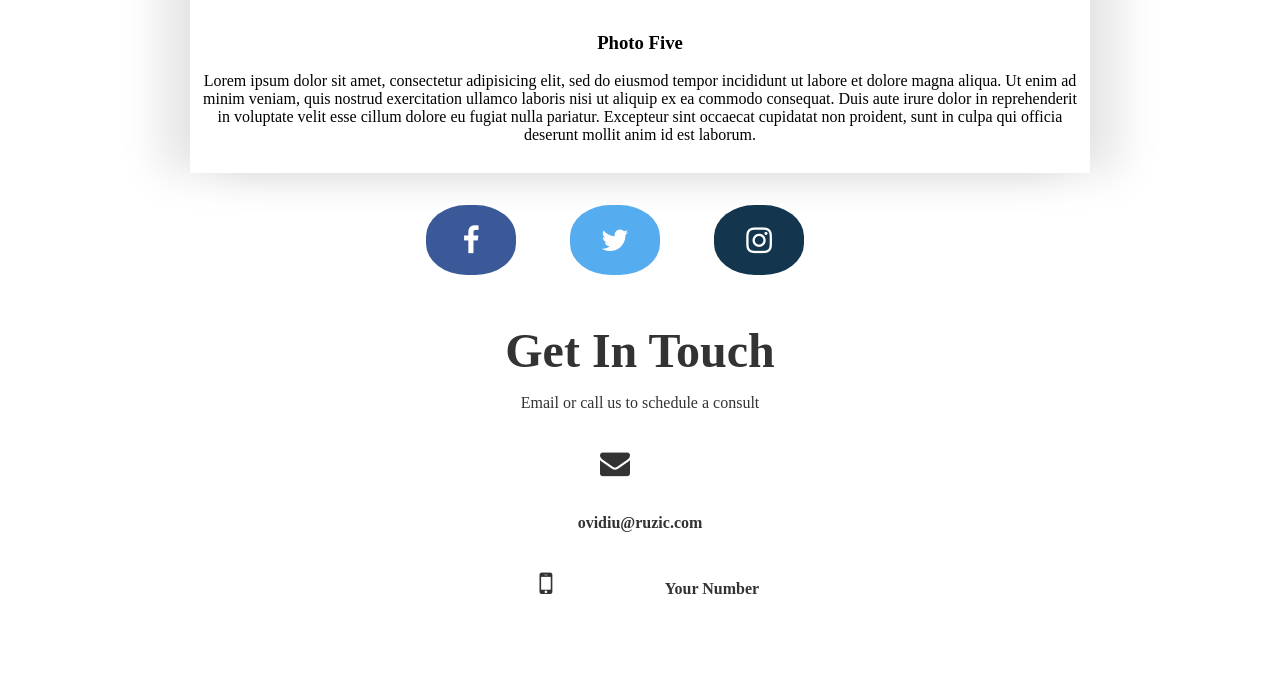
Repository: konstantin0s/mobile-photography
Page: index.html
An editor plug-in stored every save of this project. The page is shown before and after the next save, followed by the edit.
The browser window is 1280 px wide. The pictures show the part of the page from y = 4062 to 4770 px (the page is 4736 px tall before and 4770 px after).

Above is the page before, as saved 2019-05-11 15:01:54.

### index.html
<!DOCTYPE html>
<html lang="en" dir="ltr">
  <head>
    <meta charset="utf-8">
    <meta name="viewport" content="width=device-width, initial-scale=1.0">
    <meta http-equiv="X-UA-Compatible" content="ie=edge">
    <link rel="stylesheet" href="https://cdnjs.cloudflare.com/ajax/libs/font-awesome/4.7.0/css/font-awesome.min.css">
    <link rel="stylesheet" href="css/style.css">

    <title>Mobile Photography</title>
  </head>
  <body>
<main>
  <div id="landing" class="">
    <div id="landing-text" class="">
      <div id="landing-text-inner" class="">
       <img id="logo" src="img/logos.png" />
       <h1>Photography</h1>
        <a href="#images" class="btn" id="view-work">
          View Work
        </a>
      </div>
    </div>
    <div id="landing-image" class="">

    </div>
  </div>

  <div id="images" class="">
<div id="header">
  <h2>Our Work</h2>
</div>
<img src="https://source.unsplash.com/1600x900/?nature,water" alt="">
<div class="caption">
  <h3>Photo One</h3>
  <p>
    Lorem ipsum dolor sit amet, consectetur adipisicing elit, sed do eiusmod tempor incididunt ut labore et dolore magna aliqua. Ut enim ad minim veniam, quis nostrud exercitation ullamco laboris nisi ut aliquip ex ea commodo consequat. Duis aute irure dolor in reprehenderit in voluptate velit esse cillum dolore eu fugiat nulla pariatur. Excepteur sint occaecat cupidatat non proident, sunt in culpa qui officia deserunt mollit anim id est laborum.

  </p>
</div>

<img src="https://source.unsplash.com/1600x900/?nature,clouds" alt="">
<div class="caption">
  <h3>Photo Two</h3>
  <p>
    Lorem ipsum dolor sit amet, consectetur adipisicing elit, sed do eiusmod tempor incididunt ut labore et dolore magna aliqua. Ut enim ad minim veniam, quis nostrud exercitation ullamco laboris nisi ut aliquip ex ea commodo consequat. Duis aute irure dolor in reprehenderit in voluptate velit esse cillum dolore eu fugiat nulla pariatur. Excepteur sint occaecat cupidatat non proident, sunt in culpa qui officia deserunt mollit anim id est laborum.

  </p>
</div>

<img src="https://source.unsplash.com/1600x900/?nature,animals" alt="">
<div class="caption">
  <h3>Photo Three</h3>
  <p>
    Lorem ipsum dolor sit amet, consectetur adipisicing elit, sed do eiusmod tempor incididunt ut labore et dolore magna aliqua. Ut enim ad minim veniam, quis nostrud exercitation ullamco laboris nisi ut aliquip ex ea commodo consequat. Duis aute irure dolor in reprehenderit in voluptate velit esse cillum dolore eu fugiat nulla pariatur. Excepteur sint occaecat cupidatat non proident, sunt in culpa qui officia deserunt mollit anim id est laborum.

  </p>
</div>

<img src="https://source.unsplash.com/1600x900/?nature,trees" alt="">
<div class="caption">
  <h3>Photo Four/h3>
  <p>
    Lorem ipsum dolor sit amet, consectetur adipisicing elit, sed do eiusmod tempor incididunt ut labore et dolore magna aliqua. Ut enim ad minim veniam, quis nostrud exercitation ullamco laboris nisi ut aliquip ex ea commodo consequat. Duis aute irure dolor in reprehenderit in voluptate velit esse cillum dolore eu fugiat nulla pariatur. Excepteur sint occaecat cupidatat non proident, sunt in culpa qui officia deserunt mollit anim id est laborum.

  </p>
</div>

<img src="https://source.unsplash.com/1600x900/?nature,flowers" alt="">
<div class="caption">
  <h3>Photo Five</h3>
  <p>
    Lorem ipsum dolor sit amet, consectetur adipisicing elit, sed do eiusmod tempor incididunt ut labore et dolore magna aliqua. Ut enim ad minim veniam, quis nostrud exercitation ullamco laboris nisi ut aliquip ex ea commodo consequat. Duis aute irure dolor in reprehenderit in voluptate velit esse cillum dolore eu fugiat nulla pariatur. Excepteur sint occaecat cupidatat non proident, sunt in culpa qui officia deserunt mollit anim id est laborum.

  </p>
</div>

  </div>

</main>

<footer>
    <a href="#" class="fa fa-facebook"></a>
    <a href="#" class="fa fa-twitter"></a>
    <a href="#" class="fa fa-instagram"></a>

  <h3>Get In Touch</h3>
  <p>Email or call us to schedule a consult</p>
  <i class="fa fa-envelope fa-5x" aria-hidden="true"></i><p><strong>ovidiu@ruzic.com</strong>
  </p>
  <p><i class="fa fa-mobile fa-5x" aria-hidden="true"></i> <strong>Your Number</strong></p>
</footer>
<script
src="https://code.jquery.com/jquery-3.3.1.min.js"
integrity="sha256-FgpCb/KJQlLNfOu91ta32o/NMZxltwRo8QtmkMRdAu8="
crossorigin="anonymous"></script>
<script type="text/javascript" src="js/main.js">

</script>
  </body>
</html>

### css/style.css
import url('https://fonts.googleapis.com/css?family=Open+Sans');

body {
  font-family: 'Open Sans', sans-serif;
  margin: 0;
  background-color: #eee;
  height: auto;
}

h1{
  font-weight: 400;
  font-size: 2.5rem;
  text-transform: uppercase;
  margin: 0;
  border-bottom: 1px solid black;
  top: -90px;
  position: relative;
}

h2 {
  font-weight: 400;
  font-size: 1.2rem;
  text-transform: capitalize;
  margin: 0;
}

img {
  display: block;
  width: 100%;
}

#logo {
  top: -80px;
  position: relative;
}

main {
  max-width: 900px;
  margin: auto;
  box-shadow: 30px 0px 40px rgba(0,0,0,0.1), -30px 0px 40px rgba(0,0,0,0.1);
}

#landing {
  background: #fff;
  }

#landing-text {
display: flex;
flex: 0 1 40vw;
height: 50vh;
justify-content: center;
align-items: center;
text-align: center;
padding-right: 1rem;
padding-left: 1rem;
}

#landing-text h2 {
  color: #888;
}
.btn {
  padding: 0.5rem 2rem;
  border: 1px #ccc solid;
  display: inline-block;
  margin: 2rem 0 0;
  border-radius: 50px;
  text-decoration: none;
  color: #333;
  transition: background 500ms ease;
}

#landing-image {
  background: url(https://source.unsplash.com/De8wMYoSSBc);
  background-position: center;
  background-size: cover;
  background-repeat: no-repeat;
  height: 50vh;
  flex: 0 1 60vw;
  margin: 0;
}

.btn:hover {
  background: #f4f4f4;
}

#header {
  padding: 1.5rem;
  text-align: center;
  background: #333;
  color: #fff;
}

#header h2 {
  border-left: dotted 1px #fff;
  border-right: dotted 1px #fff;
display: inline-block;
padding-right: 1rem;
padding-left: 1rem;
}

.caption {
  padding: 0.8rem;
  text-align: center;
}

footer {
  text-align: center;
  padding: 2rem 1rem;
  margin: auto;
  color: #333;
}

footer h3 {
  font-size: 3rem;
  margin-bottom: 0;
}

.fa {
  padding: 20px;
  margin-right: 50px;
  font-size: 30px;
  width: 50px;
  text-align: center;
  text-decoration: none;
  border-radius: 45%;
}

/* Add a hover effect if you want */
.fa:hover {
  opacity: 0.7;
}

/* Set a specific color for each brand */

/* Facebook */
.fa-facebook {
  background: #3B5998;
  color: white;
}

/* Twitter */
.fa-twitter {
  background: #55ACEE;
  color: white;
}

/* Instagram */
.fa-instagram {
  background: rgb(19, 53, 78);
  color: white;
}

/* Email & Phone*/

.fa-envelope {

}

.fa-mobile {
position: relative;
left:-20px;
height: 30px
}


/* Screen size 500px and up*/
@media(min-width: 500px) {
  #landing {
    display: flex;
    height: 100%;
  }
  #landing-text {
    height: 100vh;
  }
  #landing-image {
    height: 100vh;
  }
}

/* Screen size 700px and up*/
@media(min-width: 700px) {
  .btn {
    padding: 1rem 3rem;
  }
}

/* Screen size 700px and up*/
@media(max-width: 500px) {
  .btn {
    padding: 1rem 3rem;
  }


  #logo {
    display: flex;
    width: 200px;
    height: 150px;
    flex-direction: column;
    top: -30px;
    position: relative;
  }

  h1 {

    flex-direction: column;
    top: -20px;
  font-size: 28px;
  border-bottom: 1px solid black;
  }
}

### js/main.js
//animate smooth scroll
$('#view-work').on('click', function() {
  const images = $('#images').position().top;

  $('html, body').animate({
    scrollTop: images
  }, 900)
});

After the next save:
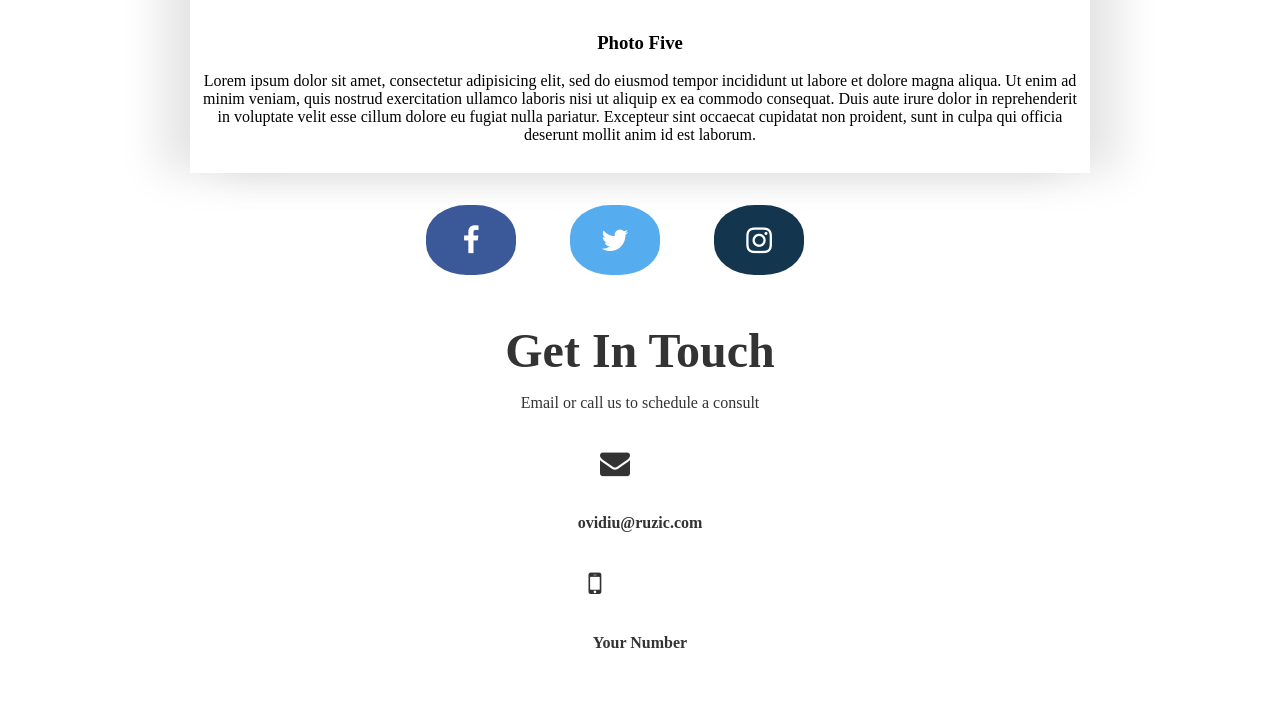
Saved 49 s later.
--- a/index.html
+++ b/index.html
@@ -88,7 +88,7 @@
   <p>Email or call us to schedule a consult</p>
   <i class="fa fa-envelope fa-5x" aria-hidden="true"></i><p><strong>ovidiu@ruzic.com</strong>
   </p>
-  <p><i class="fa fa-mobile fa-5x" aria-hidden="true"></i> <strong>Your Number</strong></p>
+  <i class="fa fa-mobile fa-5x" aria-hidden="true"></i> <p> <strong>Your Number</strong></p>
 </footer>
 <script
 src="https://code.jquery.com/jquery-3.3.1.min.js"
